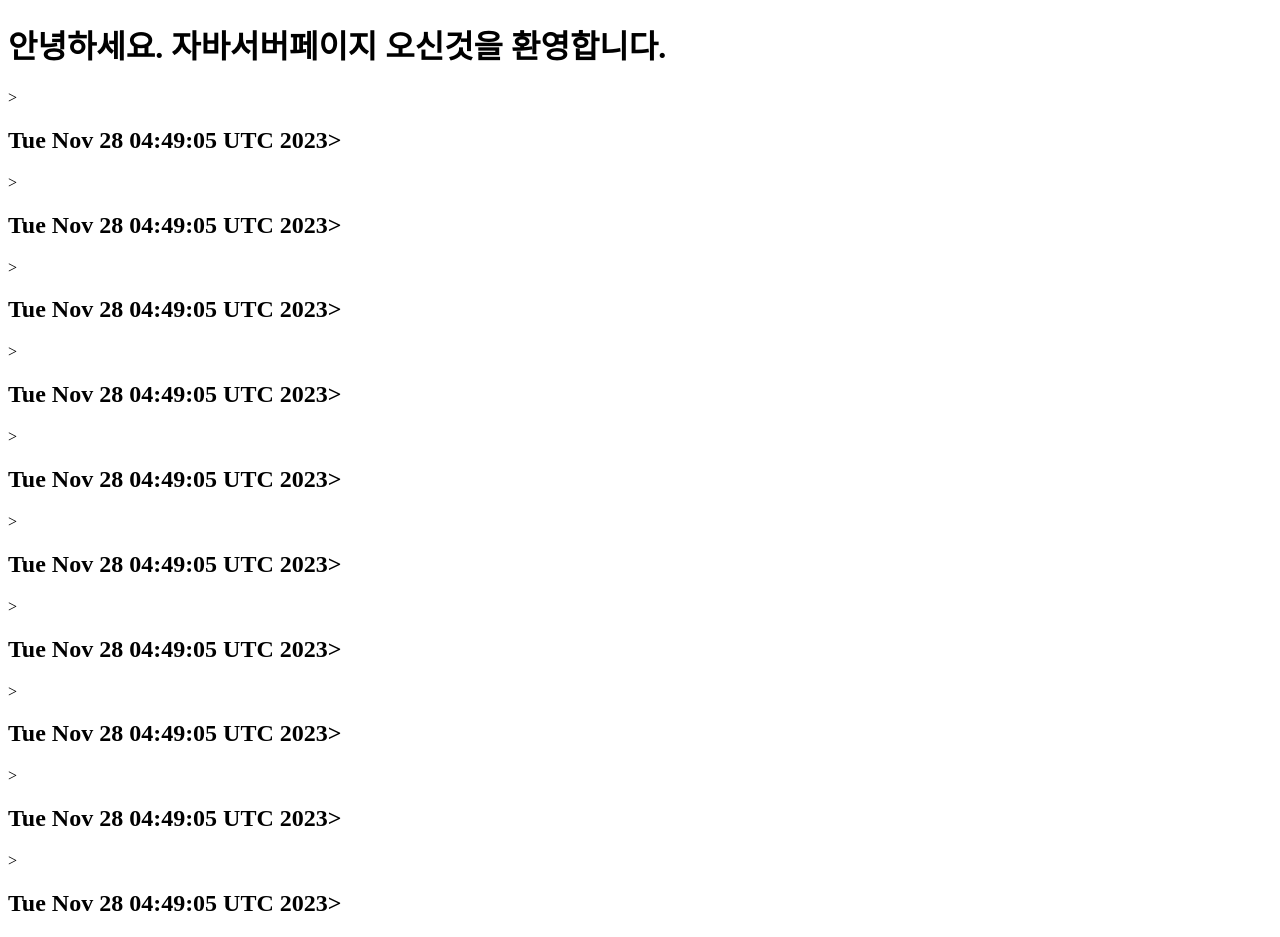
Repository: bjkim247/webproject
Page: http://localhost/jsptest/welcome.jsp
The author's editor kept a copy of each file at every save. The page is drawn from the files as they stood at one save, then again after the next save.
The browser window is 1280 px wide. The pictures show the whole page.
The page is served by Tomcat 10. Other server files are loaded and not shown.

Above is the page before, as saved 2023-11-28 05:16:03.

### webproject/jsptest/src/main/webapp/welcome.jsp
<%@page import="java.util.Date"%>
<%@ page language="java" contentType="text/html; charset=UTF-8"
    pageEncoding="UTF-8"%>
<!DOCTYPE html>
<html>
<head>
<meta charset="UTF-8">
<title>Insert title here</title>
<%
Date date = new Date();
	 String displayDate = date.toString();
%>
</head>
<body>
	<h1>안녕하세요. 자바서버페이지 오신것을 환영합니다.</h1>
	<% for(int i=0;i<10;i++){ %>>
	<h2><%= displayDate %>> </h2>
	<% } %>
</body>
</html>

After the next save:
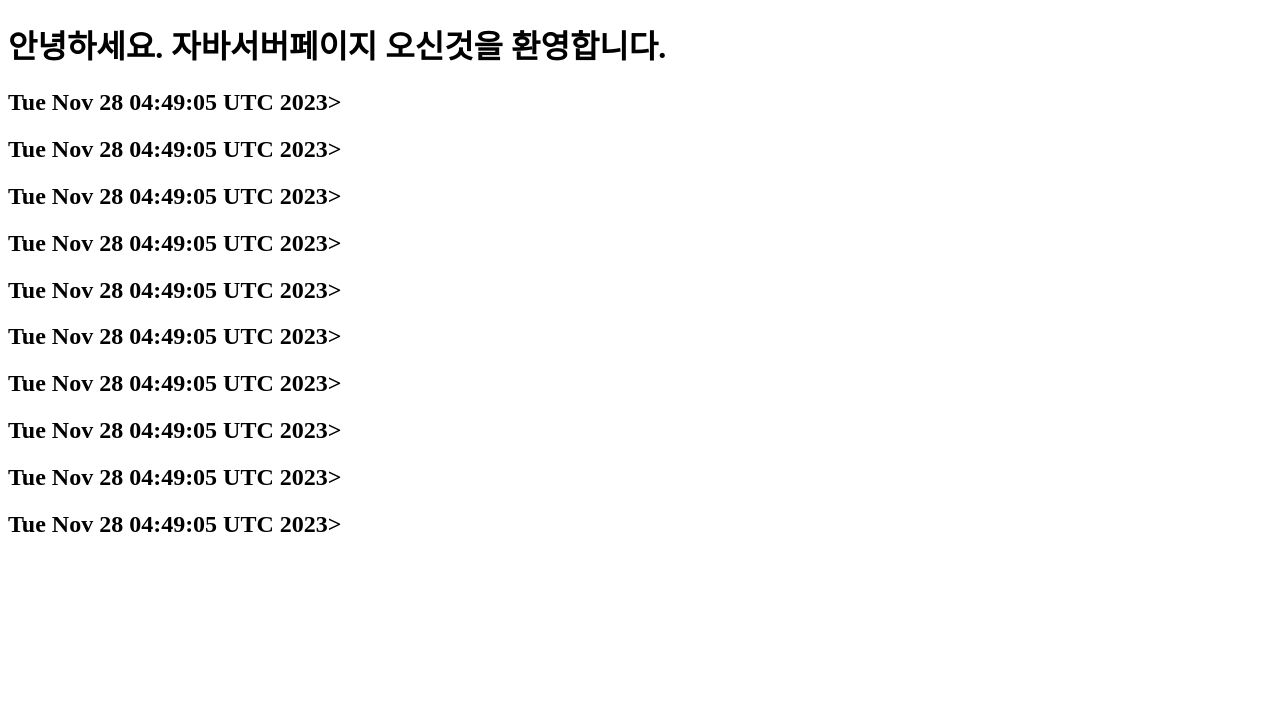
Saved 35 s later.
--- a/webproject/jsptest/src/main/webapp/welcome.jsp
+++ b/webproject/jsptest/src/main/webapp/welcome.jsp
@@ -13,7 +13,7 @@
 </head>
 <body>
 	<h1>안녕하세요. 자바서버페이지 오신것을 환영합니다.</h1>
-	<% for(int i=0;i<10;i++){ %>>
+	<% for(int i=0;i<10;i++){ %>
 	<h2><%= displayDate %>> </h2>
 	<% } %>
 </body>
